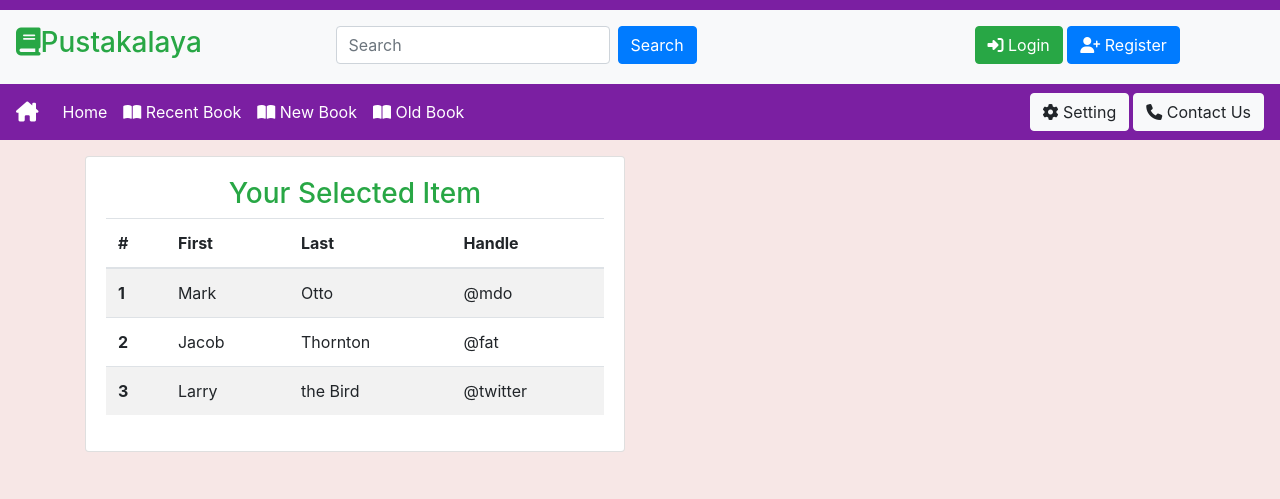
Repository: kalaprabhakar/Pustakalay_Web_Application
Page: http://localhost/E_Book_Management/cart.jsp
The author's editor kept a copy of each file at every save. The page is drawn from the files as they stood at one save, then again after the next save.
The browser window is 1280 px wide. The pictures show the whole page.
Some web libraries are served in a nearby version. The page is served by Tomcat 10. Other server files are loaded and not shown.

Above is the page before, as saved 2024-02-23 02:28:58.

### E_Book_Management/src/main/webapp/cart.jsp
<%@ page language="java" contentType="text/html; charset=ISO-8859-1"
	pageEncoding="ISO-8859-1"%>
<!DOCTYPE html>
<html>
<head>
<meta charset="ISO-8859-1">
<title>Cart Page</title>
<%@ include file="all_component/allcss.jsp"%>
</head>
<body style="background-color: #f7e7e6">
	<%@ include file="all_component/navbar.jsp"%>
	<div class="container mt-3">
		<div class="row">
			<div class="col-md-6">

			<div class="card">
			<div class="card-body">
			<h3 class="text-center text-success">Your Selected Item</h3>

				<table class="table table-striped">
  <thead>
    <tr>
      <th scope="col">#</th>
      <th scope="col">First</th>
      <th scope="col">Last</th>
      <th scope="col">Handle</th>
    </tr>
  </thead>
  <tbody>
    <tr>
      <th scope="row">1</th>
      <td>Mark</td>
      <td>Otto</td>
      <td>@mdo</td>
    </tr>
    <tr>
      <th scope="row">2</th>
      <td>Jacob</td>
      <td>Thornton</td>
      <td>@fat</td>
    </tr>
    <tr>
      <th scope="row">3</th>
      <td>Larry</td>
      <td>the Bird</td>
      <td>@twitter</td>
    </tr>
  </tbody>
</table>
			</div>
			 </div>

			</div>

		</div>

	</div>
</body>
</html>

### E_Book_Management/src/main/webapp/all_component/allcss.jsp
<link rel="stylesheet"
	href="https://cdn.jsdelivr.net/npm/bootstrap@4.0.0/dist/css/bootstrap.min.css"
	integrity="sha384-Gn5384xqQ1aoWXA+058RXPxPg6fy4IWvTNh0E263XmFcJlSAwiGgFAW/dAiS6JXm"
	crossorigin="anonymous">

<script src="https://code.jquery.com/jquery-3.2.1.slim.min.js"
	integrity="sha384-KJ3o2DKtIkvYIK3UENzmM7KCkRr/rE9/Qpg6aAZGJwFDMVNA/GpGFF93hXpG5KkN"
	crossorigin="anonymous"></script>
<script
	src="https://cdn.jsdelivr.net/npm/popper.js@1.12.9/dist/umd/popper.min.js"
	integrity="sha384-ApNbgh9B+Y1QKtv3Rn7W3mgPxhU9K/ScQsAP7hUibX39j7fakFPskvXusvfa0b4Q"
	crossorigin="anonymous"></script>
<script
	src="https://cdn.jsdelivr.net/npm/bootstrap@4.0.0/dist/js/bootstrap.min.js"
	integrity="sha384-JZR6Spejh4U02d8jOt6vLEHfe/JQGiRRSQQxSfFWpi1MquVdAyjUar5+76PVCmYl"
	crossorigin="anonymous"></script>
<link rel="stylesheet"
	href="https://cdnjs.cloudflare.com/ajax/libs/font-awesome/6.5.1/css/all.min.css"
	integrity="sha512-DTOQO9RWCH3ppGqcWaEA1BIZOC6xxalwEsw9c2QQeAIftl+Vegovlnee1c9QX4TctnWMn13TZye+giMm8e2LwA=="
	crossorigin="anonymous" referrerpolicy="no-referrer" />

	<link  rel="stylesheet" href="all_component/style.css"/>

### E_Book_Management/src/main/webapp/all_component/navbar.jsp
<%@ taglib prefix="c" uri="http://java.sun.com/jsp/jstl/core"%>
<%@ page isELIgnored="false" %>

<div class="container-fluid" style="height : 10px ; background-color:  #7B1FA2 "></div>

<div class="container-fluid p-3 bg-light">
 <div class="row">
     <div class="col-md-3 text-success">
        <h3 > <i class="fa-solid fa-book"></i>Pustakalaya</h3>
     </div>
    <div class="col-md-6">
       <form class="form-inline my-2 my-lg-0">
      <input class="form-control mr-sm-2" type="search" placeholder="Search" aria-label="Search">
      <button class="btn btn-primary my-2 my-sm-0" type="submit">Search</button>
    </form>

    </div>
    <c:if test="${not empty userobj }">
    <div class="col-md-3">

    <a href="cart.jsp" class="btn btn-ligh"><i class="fa-solid fa-cart-shopping  "></i></a>

      <a href="" class="btn btn-success"><i class="fa-solid fa-user-plus"></i>${userobj.name }</a>
      <a href="" class="btn btn-primary"><i class="fa-solid fa-right-to-bracket"></i> Logout</a>

    </div>

    </c:if>

    <c:if test="${ empty userobj }">
    <div class="col-md-3">
      <a href="login.jsp" class="btn btn-success"><i class="fa-solid fa-right-to-bracket"></i> Login</a>
      <a href="register.jsp" class="btn btn-primary"><i class="fa-solid fa-user-plus"></i> Register</a>

    </div>

    </c:if>

 </div>


</div>

<nav class="navbar navbar-expand-lg navbar-dark bg-custom">
  <a class="navbar-brand" href="#"><i class="fa-solid fa-house-chimney"></i></a>
  <button class="navbar-toggler" type="button" data-toggle="collapse" data-target="#navbarSupportedContent" aria-controls="navbarSupportedContent" aria-expanded="false" aria-label="Toggle navigation">
    <span class="navbar-toggler-icon"></span>
  </button>

  <div class="collapse navbar-collapse" id="navbarSupportedContent">
    <ul class="navbar-nav mr-auto">
      <li class="nav-item active">
        <a class="nav-link" href="index.jsp">Home <span class="sr-only">(current)</span></a>
      </li>
      <li class="nav-item active">
        <a class="nav-link" href="all_recent_book.jsp"> <i class="fa-solid fa-book-open"></i> Recent Book</a>
      </li>
      <li class="nav-item active">
        <a class="nav-link" href="all_new_book.jsp"> <i class="fa-solid fa-book-open"></i> New Book</a>
      </li>

      </li>
      <li class="nav-item active">
        <a class="nav-link disabled" href="all_old_book.jsp"> <i class="fa-solid fa-book-open"></i> Old Book</a>
      </li>
    </ul>
    <form class="form-inline my-2 my-lg-0">
      <button class="btn btn-light my-2 my-sm-0" type="submit"><i class="fa-solid fa-gear"></i> Setting</button>
      <button class="btn btn-light my-2 my-sm-0 ml-1" type="submit"><i class="fa-solid fa-phone"></i> Contact Us</button>
    </form>
  </div>
</nav>

### E_Book_Management/src/main/webapp/all_component/style.css
.bg-custom {
	background-color : #7B1FA2 ;
}

.navbar .nav-item:hover .nav-link{

	background-color: white;
	color : black;
	border-radius : 20px ;
}

After the next save:
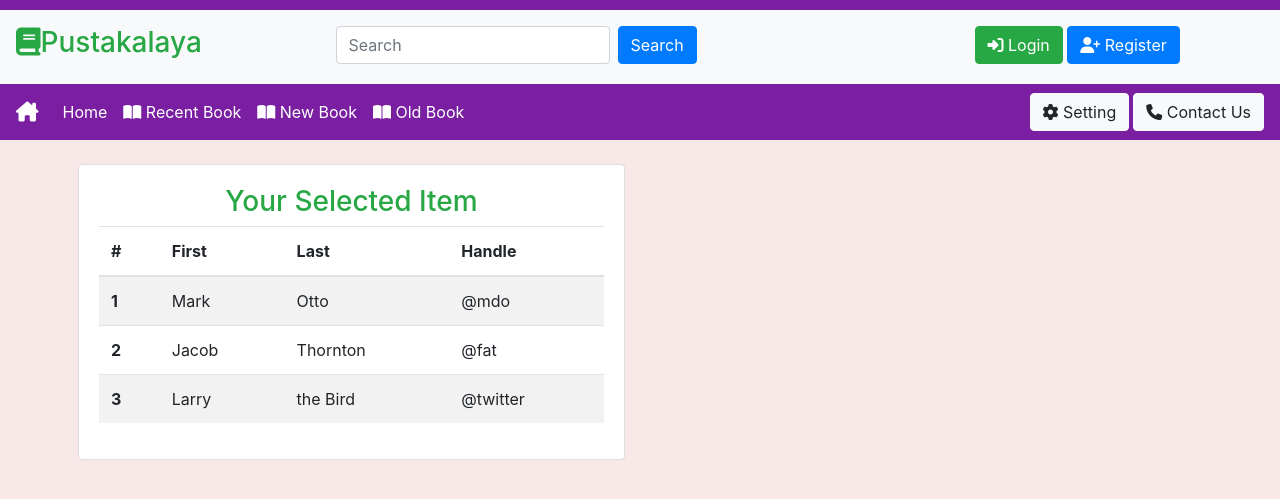
Saved 25 s later.
--- a/E_Book_Management/src/main/webapp/cart.jsp
+++ b/E_Book_Management/src/main/webapp/cart.jsp
@@ -9,7 +9,7 @@
 </head>
 <body style="background-color: #f7e7e6">
 	<%@ include file="all_component/navbar.jsp"%>
-	<div class="container mt-3">
+	<div class="container mt-3 p-2">
 		<div class="row">
 			<div class="col-md-6">
 
